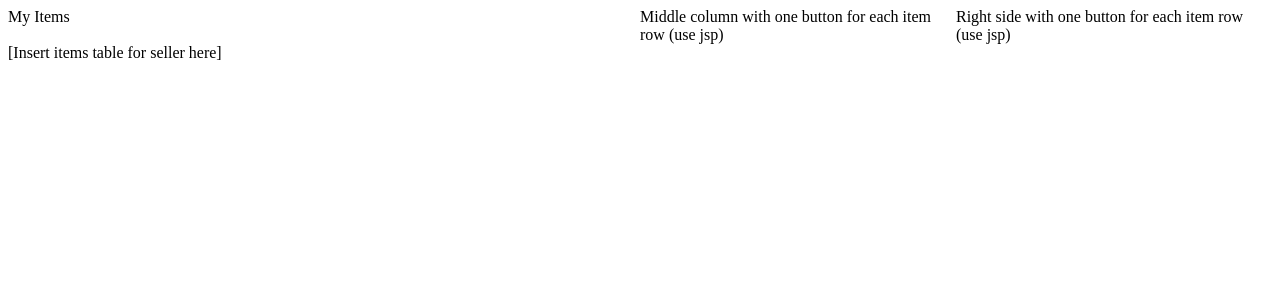
Repository: divergentArrow/Databases
Page: http://localhost/cs336project/seller.jsp
An editor plug-in stored every save of this project. The page is shown before and after the next save, followed by the edit.
The browser window is 1280 px wide. The pictures show the whole page.
The page is served by Tomcat 9.

Above is the page before, as saved 2019-04-14 20:31:55.

After the next save:
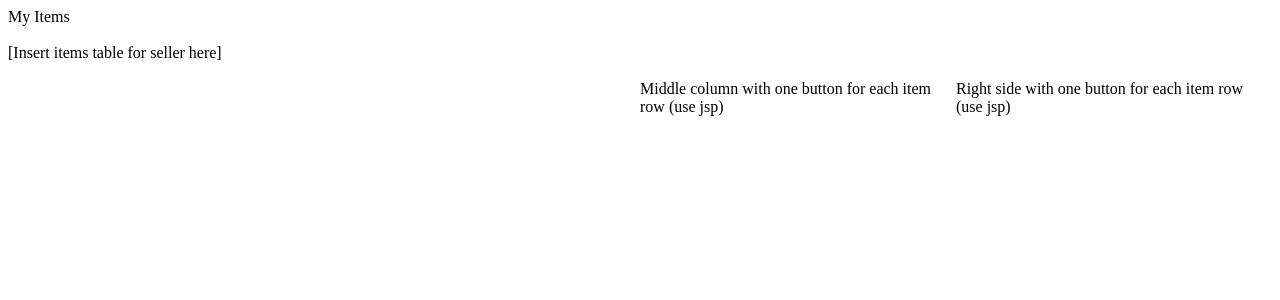
Saved 100 s later.
--- a/cs336project/WebContent/seller.jsp
+++ b/cs336project/WebContent/seller.jsp
@@ -16,13 +16,16 @@
 				<br></br>
 				[Insert items table for seller here]
 				<%--<%= cs336project.Seller.test() %>--%>
-				<br></br>
-				<br></br>
+
         	</div>
         	<div style="width: 300px; display: table-cell;">
+        		<br></br>
+        		<br></br>
         		Middle column with one button for each item row (use jsp)
         	</div>
         	<div style="width: 300px; display: table-cell;">
+        		<br></br>
+        		<br></br>
         		Right side with one button for each item row (use jsp)
         	</div>
     	</div>
